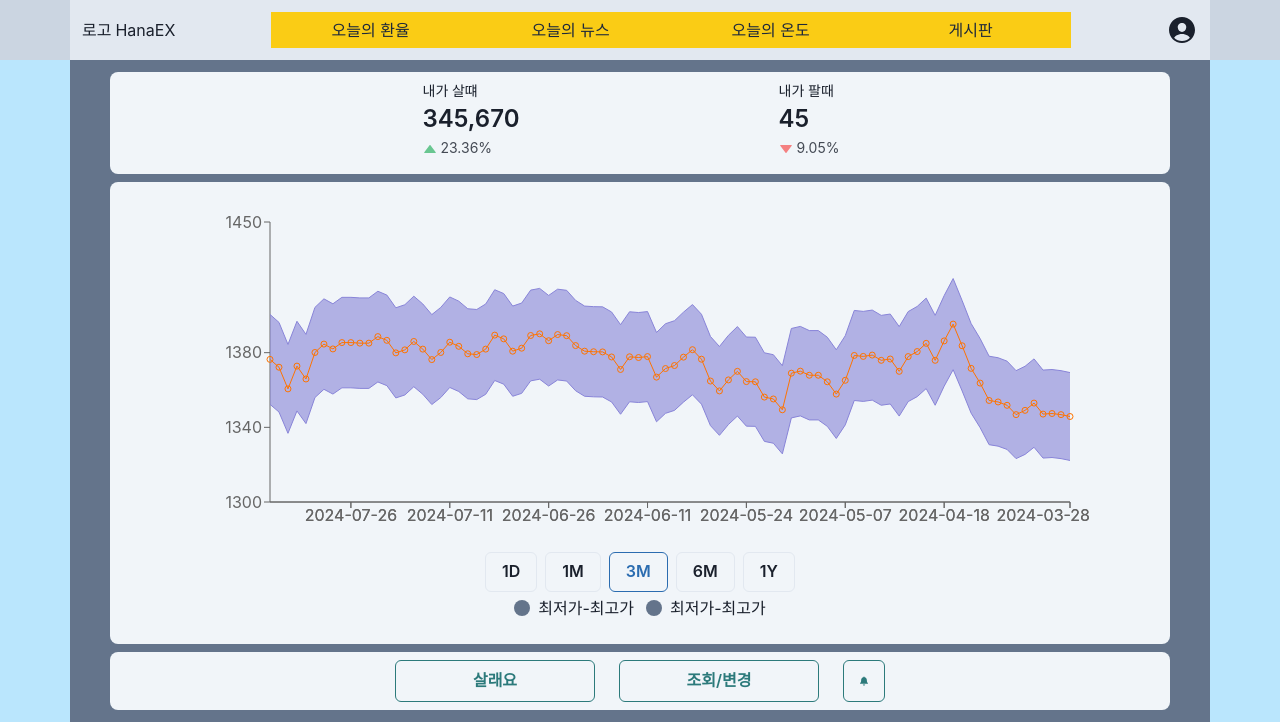
Repository: HANAEX/FRONT
Page: /MainPageDetail
An editor plug-in stored every save of this project. The page is shown before and after the next save, followed by the edit.
The browser window is 1280 px wide. The pictures show the whole page.
The page's requests for data from a server got no answer. The project was rebuilt for these pictures with package versions that can differ from the ones it lists, and the page was loaded fresh each time. No one was signed in, and anything a server would have sent is missing. Also part of the build but not shown: src/components/ChartCard.js, src/components/FlowText.js, src/pages/MainPage.js, src/pages/LoginPage.js, src/pages/MyPage.js, src/data/Server_Url.js, src/components/Toggle.js, src/components/SementicCard.js and 8 more.

Above is the page before, as saved 2024-08-14 10:35:37.

### src/App.js
import { BrowserRouter, Route, Routes } from 'react-router-dom';
import { ChakraProvider } from '@chakra-ui/react'
import MainPage from './pages/MainPage';
import LoginPage from './pages/LoginPage';
import MyPage from './pages/MyPage';
import SemanticPage from './pages/SemanticPage';
import NewsPage from './pages/NewsPage';
import BoardPage from './pages/BoardPage';
import AppOut from './AppOut';
import MainPageDetail from './pages/MainPageDetail';
import SemanticPageDetail from './pages/SemanticPageDetail';

function App() {
  return (
    <ChakraProvider>
    <BrowserRouter>
    <Routes>
      <Route path='/' element={<AppOut />}>
        <Route path='' element={<MainPage />} />
        <Route path="Login" element={<LoginPage />}/>
        <Route path="My" element={<MyPage />} />
        <Route path="Semantic" element={<SemanticPage />} />
        <Route path="News" element={<NewsPage />} />
        <Route path="Board" element={<BoardPage />} />
        <Route path="MainPageDetail" element={<MainPageDetail />} />
        <Route path="SemanticPageDetail" element={<SemanticPageDetail />} />
      </Route>
    </Routes>
    </BrowserRouter>
    </ChakraProvider>
  );
}

export default App;

### src/AppOut.js
import React from 'react'
import { Outlet } from 'react-router'
import NavBar from './components/NavBar'

const AppOut = () => {
  return (
    <>
      <div className='w-screen flex justify-center bg-slate-300'>
        <NavBar />
      </div>
      <div className='w-screen flex justify-center bg-sky-200'>
        <Outlet />
      </div>
    </>
  )
}

export default AppOut

### src/pages/MainPageDetail.js
import React, { useState } from "react";
import MainChart from "../components/MainChart";
import {
  Text,
  Stat,
  StatLabel,
  StatNumber,
  StatHelpText,
  StatArrow,
  Button,
  Modal,
  ModalOverlay,
  ModalContent,
  ModalHeader,
  ModalFooter,
  ModalCloseButton,
  useDisclosure,
} from "@chakra-ui/react";
import { FaBell } from "react-icons/fa";
import ExChangeInput from "../components/ExChangeInput";
import ToggleModal from '../components/ToggleModal';

const MainPageDetail = () => {
  const { isOpen, onOpen, onClose } = useDisclosure();
  const [selected, setSelected] = useState(true);
  const handleToggle = () => {
    setSelected(!selected);
  };

  return (
    <div className="w-[1140px] bg-slate-500 flex flex-col py-1 px-10">
      {/*살때 팔 때 */}
      <div className="w-full flex justify-center px-48 py-2 rounded-lg my-2 bg-slate-100">
        <Stat className="flex justify-center">
          <StatLabel>내가 살떄</StatLabel>
          <StatNumber>345,670</StatNumber>
          <StatHelpText>
            <StatArrow type="increase" />
            23.36%
          </StatHelpText>
        </Stat>

        <Stat className="flex justify-center">
          <StatLabel>내가 팔때</StatLabel>
          <StatNumber>45</StatNumber>
          <StatHelpText>
            <StatArrow type="decrease" />
            9.05%
          </StatHelpText>
        </Stat>
      </div>
      <div className="flex flex-col items-center bg-slate-100 rounded-lg py-5">
        {/* 메인 차트 */}
        <MainChart />
        {/* 최고가 최저가 */}
        <div className="flex gap-3 py-1">
          <div className="flex items-center gap-2">
            <div className="w-4 h-4 bg-slate-500 rounded-full"></div>
            <Text>최저가-최고가</Text>
          </div>
          <div className="flex items-center gap-2">
            <div className="w-4 h-4 bg-slate-500 rounded-full"></div>
            <Text>최저가-최고가</Text>
          </div>
        </div>
      </div>
      {/*구매 버튼 판매 버튼 */}
      <div className="flex justify-center py-2 bg-slate-100 gap-6 my-2 rounded-lg">
        <Button
          onClick={onOpen}
          colorScheme="teal"
          variant="outline"
          height="42px"
          width="200px"
        >
          살래요
        </Button>
        <Button
          colorScheme="teal"
          variant="outline"
          height="42px"
          width="200px"
        >
          조회/변경
        </Button>
        <Button colorScheme="teal" variant="outline" height="42px" width="42px">
          <FaBell size="40" />
        </Button>
      </div>

      {/* 모달 */}
      <Modal isOpen={isOpen} onClose={onClose} isCentered={true}>
        <ModalOverlay />
        <ModalContent>
          <ModalHeader>Modal Title</ModalHeader>
          <div className='w-full flex justify-start'>
            <ToggleModal selected={selected} handleToggle={ handleToggle } direction={'center'}/>
          </div>
          <ModalCloseButton />
          <div className='p-4'>
            <ExChangeInput />

            <ModalFooter>
              <Button colorScheme="blue" mr={3} onClick={onClose}>
                Close
              </Button>
              <Button variant="ghost">Secondary Action</Button>
            </ModalFooter>
          </div>
        </ModalContent>
      </Modal>
    </div>
  );
};

export default MainPageDetail;

### src/css/style.css
#app {
  height: 100%;
}
html,
body {
  position: relative;
  height: 100%;
}
.swiper {
  width: 100%;
  height: 100%;
  margin-top: 20px;
}
.swiper-slide {
  text-align: center;
  font-size: 18px;
  background: transparent;

  /* Center slide text vertically */
  display: flex;
  justify-content: center;
  /* align-items: center; */
}

### src/components/NavBar.js
import React from 'react'
import Menu from './Menu'
import { IoPersonCircle } from "react-icons/io5";
import { Link } from 'react-router-dom';

const NavBar = () => {
  return (
    <nav className='w-[1140px] h-[60px] bg-slate-200'>
      <div name="nav-container" className='w-full h-full flex items-center justify-between p-3'>
        <div name='logobox' className='flex gap-1'>
          <div name='logo'>로고</div>
          <div name='title'>HanaEX</div>
        </div>
        <div name='menus'className='h-full flex items-center bg-yellow-400'>
          <Link to={"/"}><Menu menu_name="오늘의 환율"/></Link>
          <Link to={"/News"}><Menu menu_name="오늘의 뉴스"/></Link>
          <Link to={"/Semantic"}><Menu menu_name="오늘의 온도"/></Link>
          <Link to={"/Board"}><Menu menu_name="게시판"/></Link>
        </div>
        <Link to={"/My"}>
          <IoPersonCircle className='w-8 h-8'/>
        </Link>
      </div>
    </nav>
  )
}

export default NavBar

### src/components/MainChart.js
import { XAxis, YAxis, Area, Tooltip, Line, AreaChart } from 'recharts';
import { Button, ButtonGroup } from '@chakra-ui/react';
import React, { useState, useEffect } from 'react'
import { rangeData } from '../data/exchange';
import axios from 'axios'

const MainChart = () => {
  const [ consumData, setConsumData ] = useState([]);
  const [ timeRange, setTimeRange ] = useState('3M');

  useEffect(() => {
    const getUseHistory = async () => {
      try {
        // const result = await axios.get(SERVER_URL + "data.json");
        const result = await axios.get("https://a8068697-21bf-44f7-bf02-fccbc7115c44.mock.pstmn.io//hana/mainpagedetail");
        console.log(result.data.data[1]);
        setConsumData(result.data.data);
      } catch (error) {
        console.log(error);
      }
    }
    getUseHistory();
  }, [])

  const filterData = (range) => {
    switch (range) {
      case '1D':
        return rangeData.slice(0, 1);
      case '1M':
        return rangeData.slice(0, 30);
      case '3M':
        return rangeData.slice(0, 90);
      case '6M':
        return rangeData.slice(0, 180);
      case '1Y':
        return rangeData;
      default:
        return rangeData;
    }
  }
  const filtered_rangeData = filterData(timeRange);

  return (
    <div>
      <div>
        {console.log(rangeData)}
        <AreaChart
          width={900}
          height={350}
          data={filtered_rangeData}
          margin={{
            top: 20, right: 20, bottom: 20, left: 20,
          }}
        >
          <XAxis dataKey="day" />
          <YAxis domain={[1300, 1450]}/>
          <Area dataKey="price" stroke="#8884d8" fill="#8884d8" />
          <XAxis dataKey="day" />
          <Area dataKey="baserate" stroke="#ff7300" fill='none' dot="true" />
          <Tooltip />
        </AreaChart>
      </div>
      <div className='w-full flex justify-center items-center'>
        <ButtonGroup variant="outline">
        <Button
            colorScheme={timeRange === '1D' ? 'blue' : 'gray'}
            onClick={() => setTimeRange('1D')}
          >
            1D
          </Button>
          <Button
            colorScheme={timeRange === '1M' ? 'blue' : 'gray'}
            onClick={() => setTimeRange('1M')}
          >
            1M
          </Button>
          <Button
            colorScheme={timeRange === '3M' ? 'blue' : 'gray'}
            onClick={() => setTimeRange('3M')}
          >
            3M
          </Button>
          <Button
            colorScheme={timeRange === '6M' ? 'blue' : 'gray'}
            onClick={() => setTimeRange('6M')}
          >
            6M
          </Button>
          <Button
            colorScheme={timeRange === '1Y' ? 'blue' : 'gray'}
            onClick={() => setTimeRange('1Y')}
          >
            1Y
          </Button>
        </ButtonGroup>
      </div>
    </div>
  )
}

export default MainChart

### src/components/Menu.js
import React from 'react'

const Menu = ({menu_name}) => {
  return (
    <div className='w-[200px] h-10 text-center rounded-full text-slate-800 leading-10 hover:bg-slate-700 hover:text-slate-50 transition duration-150 ease-in-out'>
      {menu_name}
    </div>
  )
}

export default Menu

Loaded but not shown: public/index.html (common file); src/index.js (common file); src/index.css (common file); src/reportWebVitals.js (common file); tailwind.config.js (common file); src/data/exchange.js (1614 lines, source omitted)

After the next save:
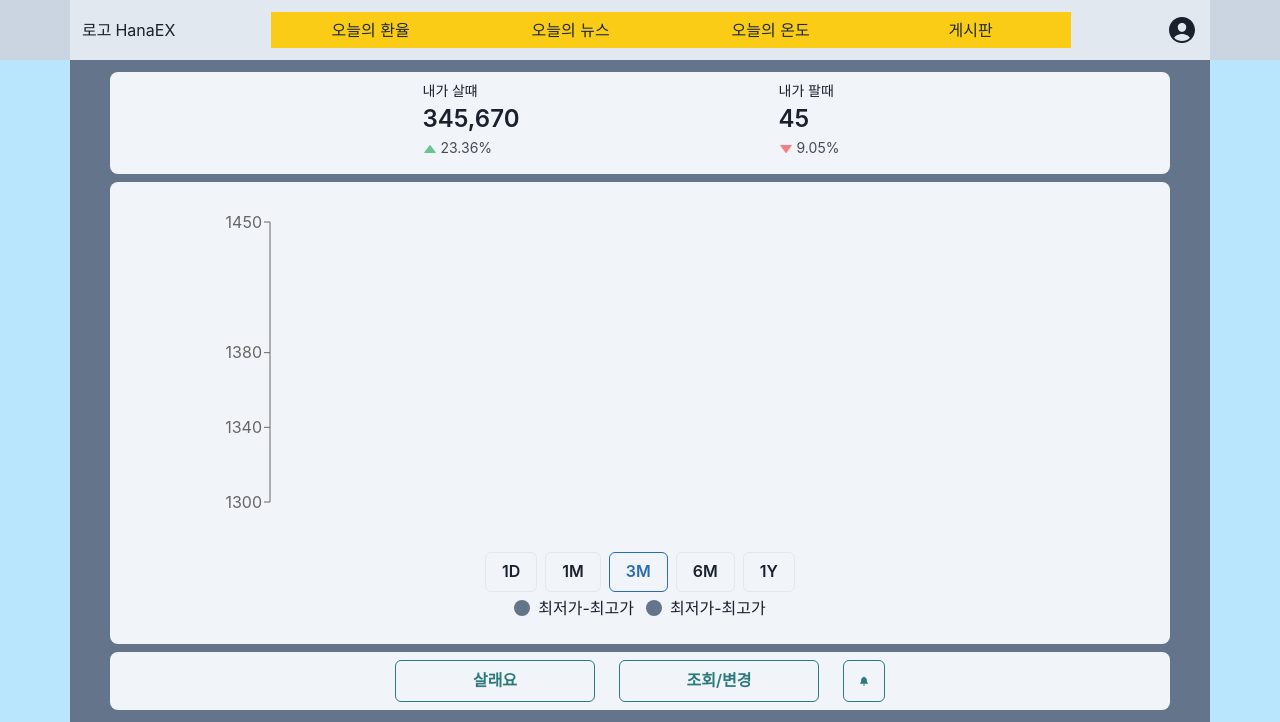
Saved 56 s later.
--- a/src/components/MainChart.js
+++ b/src/components/MainChart.js
@@ -1,4 +1,4 @@
-import { XAxis, YAxis, Area, Tooltip, Line, AreaChart } from 'recharts';
+import { XAxis, YAxis, Area, Tooltip, AreaChart } from 'recharts';
 import { Button, ButtonGroup } from '@chakra-ui/react';
 import React, { useState, useEffect } from 'react'
 import { rangeData } from '../data/exchange';
@@ -25,19 +25,20 @@
   const filterData = (range) => {
     switch (range) {
       case '1D':
-        return rangeData.slice(0, 1);
+        return consumData.slice(0, 1);
       case '1M':
-        return rangeData.slice(0, 30);
+        return consumData.slice(0, 30);
       case '3M':
-        return rangeData.slice(0, 90);
+        return consumData.slice(0, 90);
       case '6M':
-        return rangeData.slice(0, 180);
+        return consumData.slice(0, 180);
       case '1Y':
-        return rangeData;
+        return consumData;
       default:
-        return rangeData;
+        return consumData;
     }
   }
+
   const filtered_rangeData = filterData(timeRange);
 
   return (
